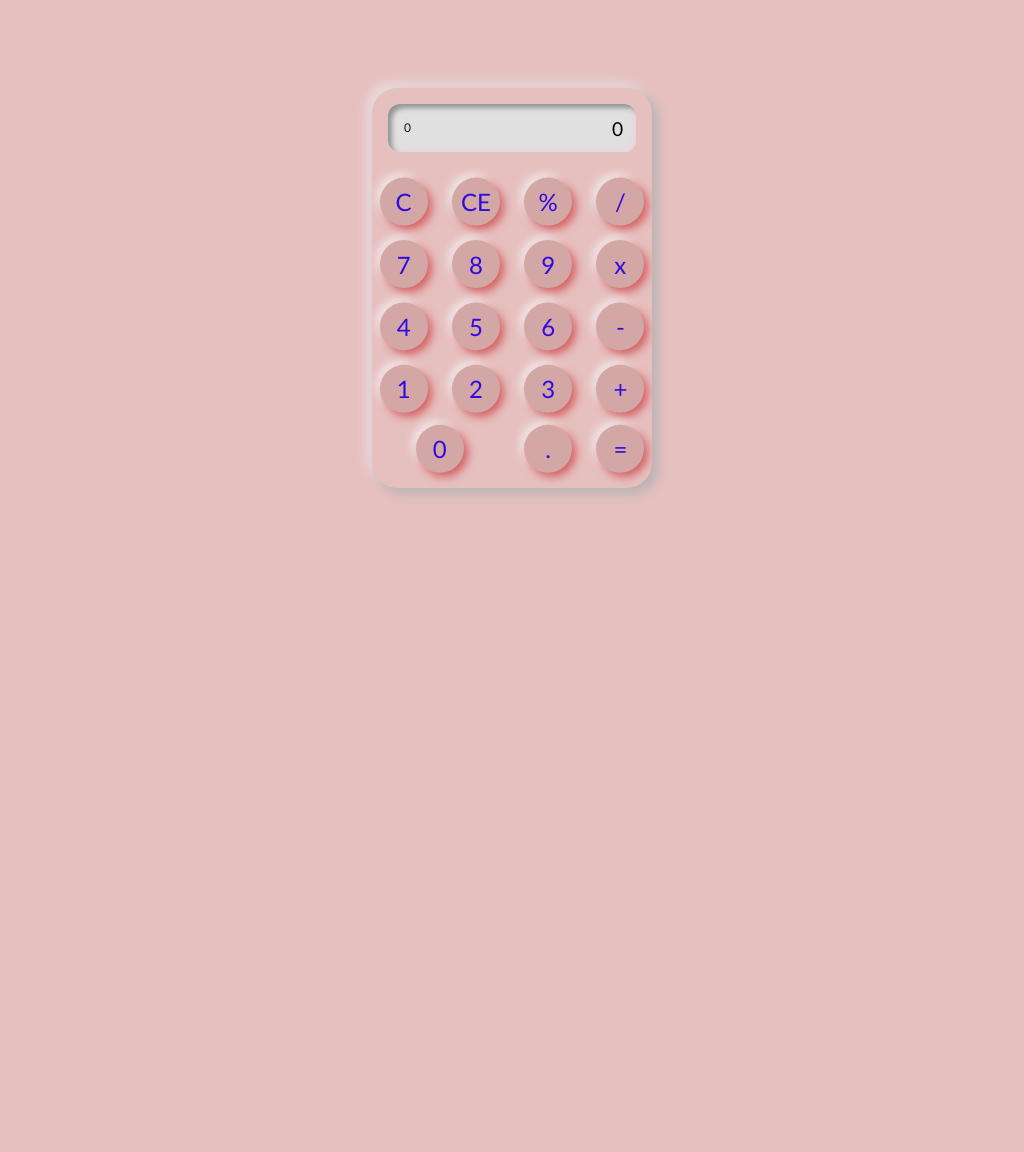
Repository: Goldmyn/Calculator
Page: index.html
The author's editor kept a copy of each file at every save. The page is drawn from the files as they stood at one save, then again after a run of saves.
The browser window is 1280 px wide. The pictures show the whole page, at 80% of full size.

Above is the page before, as saved 2022-09-28 04:33:15.

After the next 4 saves:
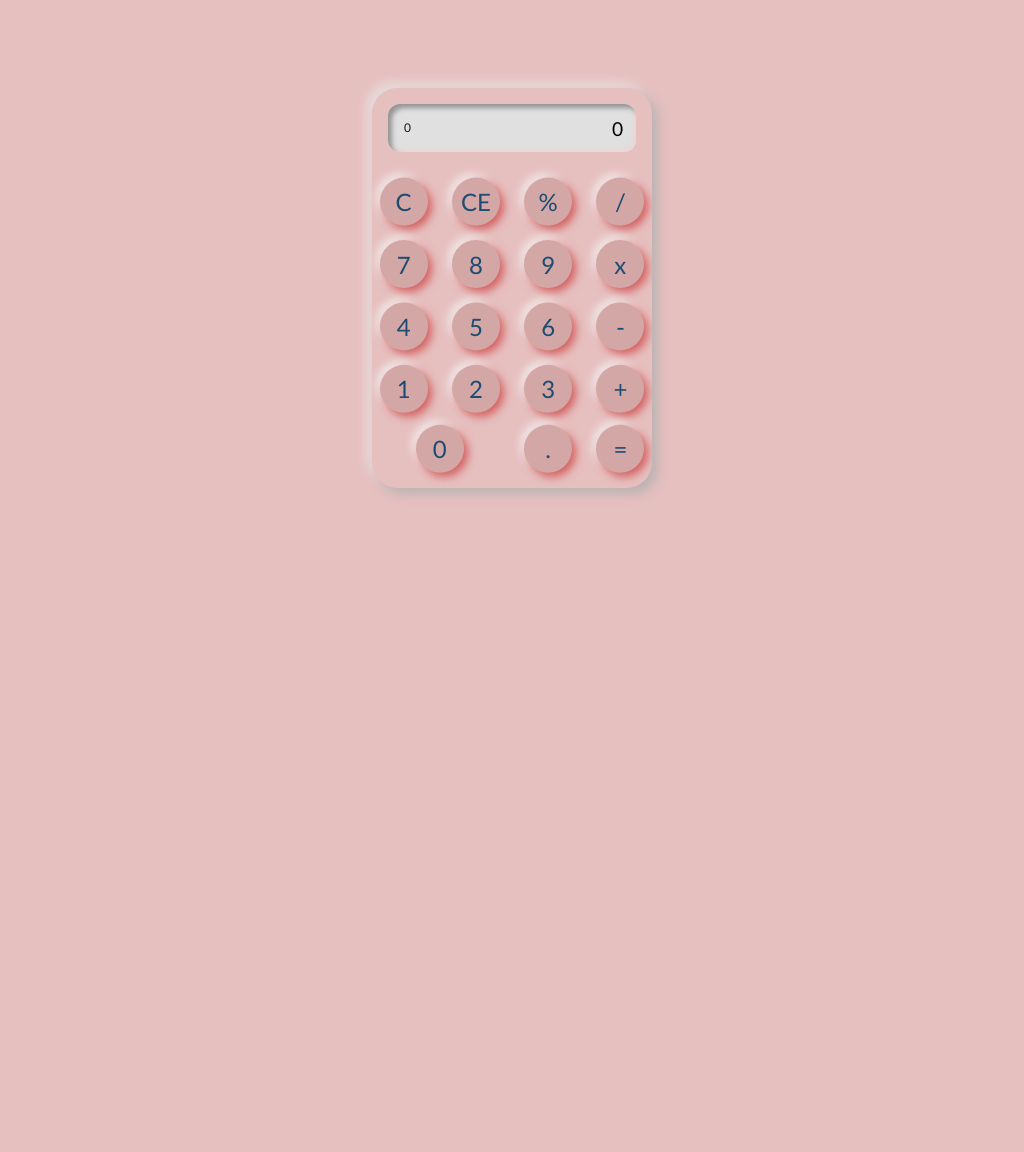
The 4 saves are shown as one change because they came seconds apart.
The last was saved 12 s later.
--- a/index.css
+++ b/index.css
@@ -61,7 +61,7 @@
   }
 
   .all_button {
-    color: rgb(49, 10, 224);
+    color: rgb(28, 76, 114);
     display: grid;
     grid-template:
       repeat(4, minmax(67px, 1fr))
